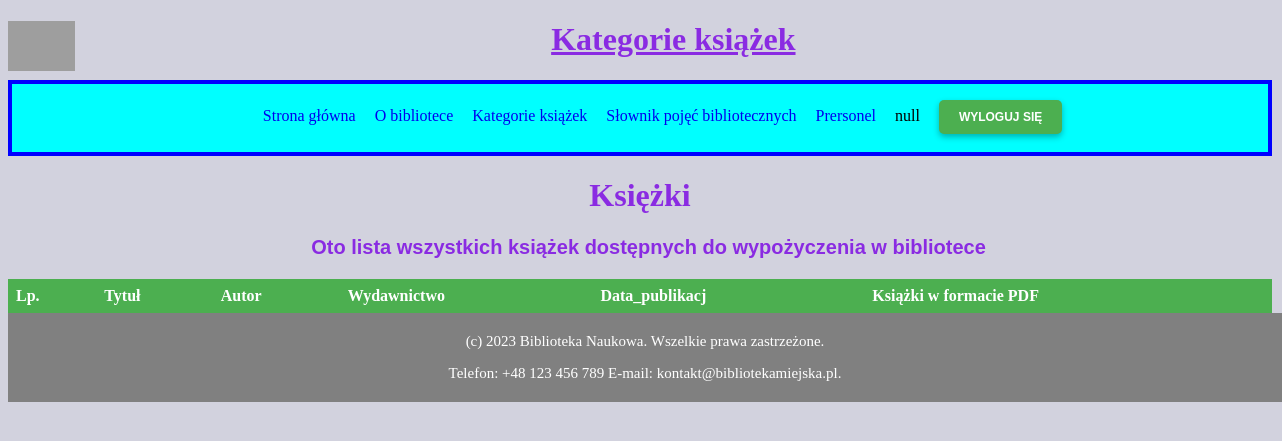
Repository: Dominik098/projekt
Page: http://localhost/biblioteka/C_Kategorie książek.jsp
The author's editor kept a copy of each file at every save. The page is drawn from the files as they stood at one save, then again after the next save.
The browser window is 1280 px wide. The page is 1282 px wide, so the pictures cover 1282 px, including what lies to the right of the window. The pictures show the whole page.
Pictures or frames that could not be fetched are drawn as grey boxes. The page is served by Tomcat 9. Other server files are loaded and not shown. Queries for data that is not in the repository find no rows.

Above is the page before, as saved 2023-04-26 18:02:42.

### java projekt/biblioteka/src/main/webapp/C_Kategorie książek.jsp
<%@ page language="java" contentType="text/html; charset=UTF-8"%>


<%@ page import="java.sql.*" %>


 <!DOCTYPE html>
<html lang="en">

<head>
    <meta charset="UTF-8">
    <meta http-equiv="X-UA-Compatible" content="IE=edge">
    <meta name="viewport" content="width=device-width, initial-scale=1.0">
    <link rel="stylesheet" href="C_kategorie.css" type="text/css">

    <link rel="icon" type="image/png" href="3.png" sizes="96x96" />
    <title>Kategorie książek </title>



</head>

<body>
    <tr>
        <td align="center"><img src="logo.jpg" name="ksiazka" align="left" weight="90px" height="50px"></td>
    </tr>
    <h1>
        <center><u>Kategorie książek</u></center>
    </h1>
    <header>
        <nav>
            <ul>
                <li class="znacznik" ><a href="A_strona-gl.jsp">Strona główna</a></li>
                <li class="znacznik" ><a href="B_O bibiotece.jsp">O bibliotece</a></li>
                <li  class="znacznik"><a href="C_Kategorie książek.jsp">Kategorie książek </a></li>
                <!--   <li><a href="D_Wypożyczenia.jsp">Wypożyczane </a></li>-->
                <li class="znacznik"><a href="E_Słownik pojęć.jsp">Słownik pojęć bibliotecznych</a></li>
                <li class="znacznik"><a href="F_personel.jsp">Prersonel</a></li>
               <!-- <li class="znacznik"><a href="G_login.jsp">Logowanie</a></li>
                <li class="znacznik"><a href="H_rejestracja.jsp">Rejestracja</a></li>-->

                <li class="znacznik"><a > <%=session.getAttribute("email-login") %> </a></li>
                <li  ><a href= "logout"><button class="pobierz" >Wyloguj się</button></a></li>

            </ul>

        </nav>

    </header>
    <h1>Księżki </h1>

    <h3>Oto lista wszystkich książek dostępnych do wypożyczenia w bibliotece </h3>

<table>
    <tr>
        <th>Lp.</th>
        <th>Tytuł</th>
        <th>Autor</th>
        <th>Wydawnictwo</th>
        <th>Data_publikacj</th>
        <th>Książki w formacie PDF</th>


    </tr>
    <%
        try {
            // Połączenie z bazą danych
            String url = "jdbc:mysql://localhost:3306/Biblioteka";
            String user = "root";
            String password = "P@ssw0rd";
            Connection conn = DriverManager.getConnection(url, user, password);

            // Zapytanie SQL
            String sql = "SELECT * FROM Książki";
            PreparedStatement ps = conn.prepareStatement(sql);
            ResultSet rs = ps.executeQuery();

            // Wyświetlenie wyników zapytania
            int i=0;
            while (rs.next()) { i++;
                String tytuł = rs.getString("tytuł");
                String autor = rs.getString("autor");
                String wydawnictwo = rs.getString("wydawnictwo");
                String data_publikacji = rs.getString("data_publikacji");
                String pdf_link = rs.getString("pdf");



    %>
        <tr>
            <td><%= i %></td>
            <td><%= tytuł %></td>
            <td><%= autor %></td>
            <td><%= wydawnictwo %></td>
            <td><%= data_publikacji %></td>
            <td>
    <a href="<%= request.getContextPath() + pdf_link %>" target="_blank" download><button class="pobierz">Pobierz książkę </button></a>
</td>


        </tr>
    <%
            }
            // Zamykanie połączenia z bazą danych
            rs.close();
            ps.close();
            conn.close();
        } catch (SQLException e) {
            e.printStackTrace();
        }
    %>
</table>

<script>
    // Funkcja pobierająca plik PDF
    function pobierzPDF(link) {
        window.location.href = link;
    }
</script>


    <footer>
        <p>(c) 2023 Biblioteka Naukowa. Wszelkie prawa zastrzeżone.</p>
        <p>Telefon: +48 123 456 789  E-mail: kontakt@bibliotekamiejska.pl.</p>

    </footer>



</body>

</html>

### java projekt/biblioteka/src/main/webapp/C_kategorie.css
body {
    background-color: rgb(210, 210, 222);

}

header {
    border: 4px;
    background-color: aqua;
    border: 4px solid blue;
    padding-bottom: 2px;
}



h1 {
    text-align: center;
    color: blueviolet;

}

h3 {
    text-align: center;
    margin-left: 17px;
    color: blueviolet;
    font-family: Arial;
    font-size: 20px;

}




ul li {
    display: inline;
    margin-left: 5px;
    padding: 5px;

}

ul {
    text-align: center;
}

a {
    padding-top: 5px;
    padding-bottom: 5px;
    text-decoration: none;
}






footer {
    text-align: center;
    font-size: 15px;
    color: white;
    background-color: gray;


    bottom: 0;
    margin-top: auto;
    width: 100%;
    padding: 5px;
}



table {
        background-color: #f9f9f9;
        border-collapse: collapse;
        width: 100%;
    }

    th, td {
        text-align: left;
        padding: 8px;
    }

    th {
        background-color: #4CAF50;
        color: white;
    }


    tr:hover {
  border-bottom: 2px solid red;
}


.pobierz{

  display: inline-block;
  padding: 10px 20px;
  font-size: 12px;
  font-weight: bold;
  text-align: center;
  text-transform: uppercase;
  color: #fff;
  background-color: #4CAF50;
  border: none;
  border-radius: 5px;
  box-shadow: 0 3px 6px rgba(0, 0, 0, 0.3);
  cursor: pointer;
  transition: background-color 0.3s ease;
}

.pobierz:hover {
  background-color: #0056b3;
}

.klik {
  background-color: transparent;
  border: none;
  cursor: pointer;
  background-color:  aqua;
  border: none;
  border-radius: 5px;
  box-shadow: 0 3px 6px rgba(0, 0, 0, 0.1);
  font-size: 11px;
  font-weight: bold;
  text-align: center;
}

.klik:hover {
  background-color: #0056b3;
  color: #ffffff;
}

.wyloguj{

  display: inline-block;
  padding: 10px 10px;
  font-size: 11px;
  font-weight: bold;
  text-align: center;
  text-transform: uppercase;
  color: black;
  background-color:  aqua;
  border: none;
  border-radius: 5px;
  box-shadow: 0 3px 6px rgba(0, 0, 0, 0.8);
  cursor: pointer;
  transition: background-color 0.3s ease;
}

.wyloguj:hover {
  background-color: #0056b3;
}
 .dodanie{
 display: inline-block;
  padding: 10px 10px;
  font-size: 11px;
  font-weight: bold;
  text-align: center;
  text-transform: uppercase;
  color: black;
  background-color:  rgb(210, 210, 222);
  border: none;
  border-radius: 5px;
  box-shadow: 0 3px 6px rgba(0, 0, 0, 0.6);
  cursor: pointer;
  transition: background-color 0.3s ease;

 }
 .dodanie:hover{
 background-color: #0056b3;
 }
#info{
	text-align: center;

}
 #info_przycisk {
        background-color: #4CAF50;
        color: #fff;
        border: none;
        padding: 5px 10px;
        border-radius: 4px;

        cursor: pointer;
        transition: background-color 0.3s ease;
    }

After the next save:
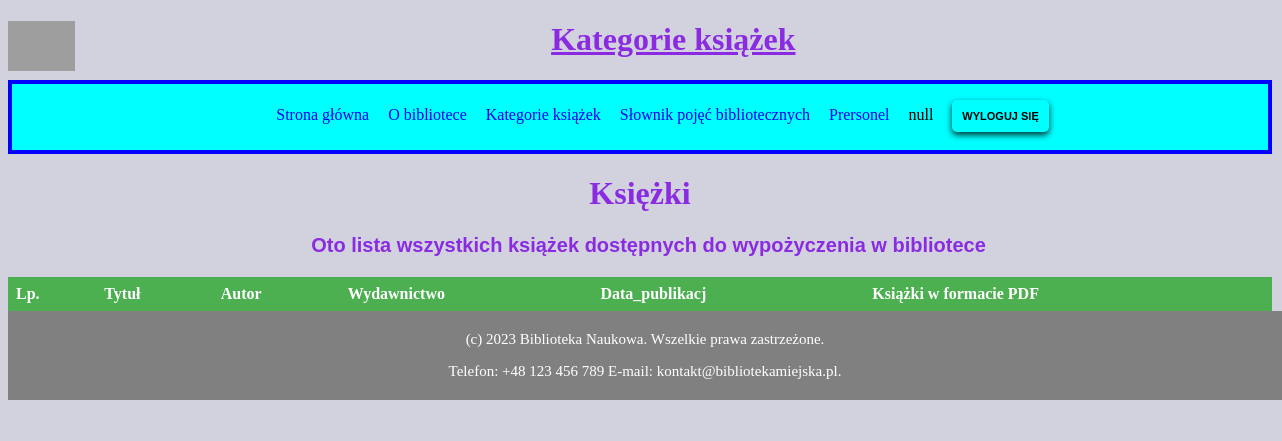
Saved 19 min 2 s later.
--- a/java projekt/biblioteka/src/main/webapp/C_Kategorie książek.jsp
+++ b/java projekt/biblioteka/src/main/webapp/C_Kategorie książek.jsp
@@ -40,7 +40,7 @@
                 <li class="znacznik"><a href="H_rejestracja.jsp">Rejestracja</a></li>-->
 
                 <li class="znacznik"><a > <%=session.getAttribute("email-login") %> </a></li>
-                <li  ><a href= "logout"><button class="pobierz" >Wyloguj się</button></a></li>
+                <li  ><a href= "logout"><button class="wyloguj" >Wyloguj się</button></a></li>
 
             </ul>
 
